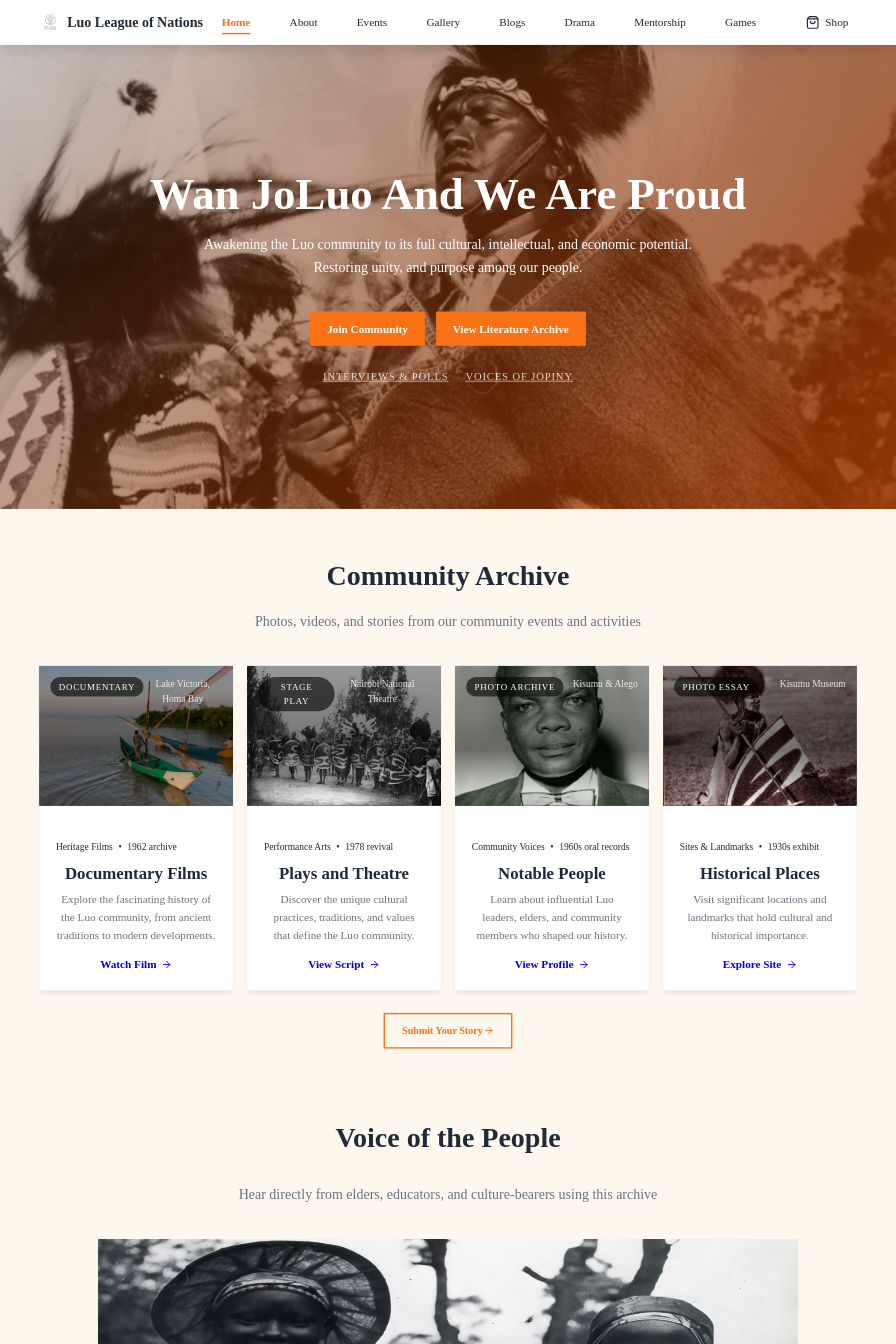
Repository: ianfranko/luo-community-history
Page: /
The author's editor kept a copy of each file at every save. The page is drawn from the files as they stood at one save, then again after the next save.
The browser window is 1280 px wide. The pictures show the part of the page from y = 0 to 1920 px (the page is 4015 px tall before and 3965 px after), at 70% of full size.
The project was rebuilt for these pictures with package versions that can differ from the ones it lists, and the page was loaded fresh each time. The framework's server and built-in components were replaced by stand-ins that run in the browser. Also part of the build but not shown: next.config.ts.

Above is the page before, as saved 2025-11-23 12:22:27.

### src/app/layout.tsx
import type { Metadata } from "next";
import { Geist, Geist_Mono } from "next/font/google";
import "./globals.css";
import Layout from "@/components/Layout";

const geistSans = Geist({
  variable: "--font-geist-sans",
  subsets: ["latin"],
});

const geistMono = Geist_Mono({
  variable: "--font-geist-mono",
  subsets: ["latin"],
});

export const metadata: Metadata = {
  title: "Luo League of Nations",
  description: "Preserving and sharing the rich cultural heritage and history of the Luo people",
  icons: {
    icon: "/LLNLOGO.svg",
    shortcut: "/LLNLOGO.svg",
    apple: "/LLNLOGO.svg",
  },
};

export default function RootLayout({
  children,
}: Readonly<{
  children: React.ReactNode;
}>) {
  return (
    <html lang="en">
      <body
        className={`${geistSans.variable} ${geistMono.variable} antialiased`}
      >
        <Layout>{children}</Layout>
      </body>
    </html>
  );
}

### src/app/page.tsx
'Use client';
import Image from 'next/image'
import Link from 'next/link'
import { ArrowRight } from 'lucide-react'

export default function Home() {
  const galleryItems = [
    {
      image: '/Fishermen-on-Lake-Victoria-in-Uganda.webp',
      title: 'Documentary Films',
      description: 'Explore the fascinating history of the Luo community, from ancient traditions to modern developments.',
      alt: 'Luo fishermen casting their nets on Lake Victoria at sunrise',
      category: 'Heritage Films',
      location: 'Lake Victoria, Homa Bay',
      year: '1962 archive',
      mediaType: 'Documentary',
      ctaLabel: 'Watch Film',
      href: '/Gallery'
    },
    {
      image: '/hero.jpeg',
      title: 'Plays and Theatre',
      description: 'Discover the unique cultural practices, traditions, and values that define the Luo community.',
      alt: 'Actors performing a traditional Luo play on stage',
      category: 'Performance Arts',
      location: 'Nairobi National Theatre',
      year: '1978 revival',
      mediaType: 'Stage Play',
      ctaLabel: 'View Script',
      href: '/culture'
    },
    {
      image: '/Kodhek Argwins.png',
      title: 'Notable People',
      description: 'Learn about influential Luo leaders, elders, and community members who shaped our history.',
      alt: 'Archival portrait of Argwings Kodhek',
      category: 'Community Voices',
      location: 'Kisumu & Alego',
      year: '1960s oral records',
      mediaType: 'Photo Archive',
      ctaLabel: 'View Profile',
      href: '/people'
    },
    {
      image: '/Guerrier_Luo.jpeg',
      title: 'Historical Places',
      description: 'Visit significant locations and landmarks that hold cultural and historical importance.',
      alt: 'Historic Luo warrior statue in Kisumu museum',
      category: 'Sites & Landmarks',
      location: 'Kisumu Museum',
      year: '1930s exhibit',
      mediaType: 'Photo Essay',
      ctaLabel: 'Explore Site',
      href: '/places'
    },

  ]

  const galleryThemes = ['All', ...new Set(galleryItems.map((item) => item.category))]

  const stats = [
    { number: '200+', label: 'Historical Articles' },
    { number: '100+', label: 'Cultural Stories' },
    { number: '20+', label: 'Documentaries' },
    { number: '25+', label: 'Historical Places' }
  ]

  const sectionLinks = [
    { href: '#gallery', label: 'Interviews & Polls' },
    { href: '#stories', label: 'Voices of Jopiny' },
  ]

  const valueProps = [
    {
      title: 'Archive Access',
      description: 'Digitised oral histories, ceremonies, and timelines ready to explore.',

    },
    {
      title: 'Community Voices',
      description: 'Stories curated with elders, scholars, and youth leaders.',

    },
    {
      title: 'Living Culture',
      description: 'Guides on language, music, crafts, and celebrations to keep traditions alive.',

    }
  ]

  const featuredStories = [
    {
      title: 'The Origins of Luo Migration',
      description: 'Explore the fascinating journey of the Luo people and their settlement patterns across East Africa.',
      href: '/culture',
      image: '/657152Ew0bLSIn.jpg',
      era: '15th Century',
      region: 'Lake Victoria Basin',
      format: 'Longform'
    },
    {
      title: 'Traditional Luo Ceremonies',
      description: 'Learn about the rich ceremonial traditions that mark important life events in Luo culture.',
      href: '/culture',
      image: '/Fishermen-on-Lake-Victoria-in-Uganda.webp',
      era: 'Generational',
      region: 'Siaya & Migori',
      format: 'Photo Essay'
    },
    {
      title: 'JoAlego',
      description: 'Discover the rich culture of the JoAlego, and their journey to their current settlement.',
      href: '/people',
      image: '/Kenia-Lake_Victoria-Fischer.webp',
      era: '20th Century',
      region: 'Alego-Kogelo',
      format: 'Audio + Transcript'
    }
  ]

  const testimonials = [
    {
      quote: 'This archive helped me trace my grandparents’ migration story and reconnect with relatives across the lake.',
      name: 'Pamela Auma',
      title: 'Community Historian, Oyugis'
    },
    {
      quote: 'Our learners finally have contemporary Luo heroes to study, not just footnotes in colonial texts.',
      name: 'Mr. Okoth',
      title: 'Teacher, Kisumu Day'
    },
    {
      quote: 'Recording my grandmother’s songs here means my children will always know their mother tongue.',
      name: 'Brian Oduor',
      title: 'Cultural Volunteer'
    }
  ]

  return (
    <>
      {/* Hero Section */}
      <section className="hero">
        <div className="container">
          <div className="hero-content text-center">
            <h1 className="text-5xl font-bold mb-6">
            Wan JoLuo And We Are Proud
            </h1>
            <p className="text-xl mb-8" style={{ maxWidth: '700px', margin: '0 auto 3rem' }}>
            Awakening the Luo community to its full cultural, intellectual, and economic potential. Restoring unity, and purpose among our people.
            </p>

            {/* CTA Buttons */}
            <div style={{ display: 'flex', gap: '1rem', justifyContent: 'center', flexWrap: 'wrap' }}>
              <Link href="/culture" className="btn btn-primary">
                Join Community
              </Link>
              <Link href="/Gallery" className="btn btn-primary">
                View Literature Archive
              </Link>
            </div>
            <nav style={{ marginTop: '2rem' }}>
              <ul style={{ display: 'flex', gap: '1.5rem', justifyContent: 'center', flexWrap: 'wrap', fontSize: '0.95rem', textTransform: 'uppercase', letterSpacing: '0.08em', listStyle: 'none', padding: 0 }}>
                {sectionLinks.map((link) => (
                  <li key={link.href}>
                    <a href={link.href} style={{ color: 'rgba(255,255,255,0.8)' }}>{link.label}</a>
                  </li>
                ))}
              </ul>
            </nav>
          </div>
        </div>
      </section>

      {/* Stats Section
      <section className="section bg-white" style={{ padding: '1rem 0' }}>
        <div className="container">
          <div className="stats-grid">
            {stats.map((stat, index) => (
              <div key={index} className="stat-item">
                <span className="stat-number">{stat.number}</span>
                <span className="stat-label">{stat.label}</span>
              </div>
            ))}
          </div>
        </div>
      </section>*/}



      {/* Gallery Section */}
      <section className="section" id="gallery">
        <div className="container">
          <h2 className="section-title">Community Archive</h2>
          <p className="section-subtitle">
            Photos, videos, and stories from our community events and activities
          </p>
          <div
            className="feature-grid"
            style={{
              gap: '1.25rem',
              gridTemplateColumns: 'repeat(auto-fit, minmax(220px, 1fr))'
            }}
          >
            {galleryItems.map((item, index) => (
              <article
                key={index}
                className="feature-card"
                style={{ padding: 0, overflow: 'hidden', maxWidth: '360px', margin: '0 auto' }}
              >
                <div
                  className="gallery-card-image"
                  style={{ position: 'relative', height: '200px', width: '100%' }}
                >
                  <Image
                    src={item.image}
                    alt={item.alt}
                    fill
                    sizes="(max-width: 768px) 100vw, (max-width: 1200px) 50vw, 33vw"
                    priority={index === 0}
                    style={{ objectFit: 'cover' }}
                  />
                  <div
                    style={{
                      position: 'absolute',
                      inset: 0,
                      display: 'flex',
                      justifyContent: 'space-between',
                      alignItems: 'flex-start',
                      padding: '1rem',
                      background:
                        'linear-gradient(180deg, rgba(0,0,0,0.4) 0%, rgba(0,0,0,0.55) 60%, rgba(0,0,0,0) 100%)'
                    }}
                  >
                    <span
                      style={{
                        padding: '0.25rem 0.75rem',
                        borderRadius: '999px',
                        backgroundColor: 'rgba(0,0,0,0.6)',
                        color: 'white',
                        fontSize: '0.8rem',
                        textTransform: 'uppercase',
                        letterSpacing: '0.08em'
                      }}
                    >
                      {item.mediaType}
                    </span>
                    <span style={{ color: 'rgba(255,255,255,0.85)', fontSize: '0.85rem' }}>
                      {item.location}
                    </span>
                  </div>
                </div>
                <div style={{ padding: '1.5rem' }}>
                  <div
                    style={{
                      display: 'flex',
                      flexWrap: 'wrap',
                      gap: '0.5rem',
                      fontSize: '0.85rem',
                      color: 'var(--muted)',
                      marginBottom: '0.5rem'
                    }}
                  >
                    <span>{item.category}</span>
                    <span>•</span>
                    <span>{item.year}</span>
                  </div>
                  <h3 className="feature-title" style={{ marginBottom: '0.35rem' }}>
                    {item.title}
                  </h3>
                  <p className="feature-description" style={{ marginBottom: '1rem' }}>
                    {item.description}
                  </p>
                  <Link
                    href={item.href}
                    className="btn btn-link"
                    style={{
                      display: 'inline-flex',
                      alignItems: 'center',
                      gap: '0.4rem',
                      padding: 0,
                      fontWeight: 600
                    }}
                    aria-label={`${item.ctaLabel} for ${item.title}`}
                  >
                    {item.ctaLabel}
                    <ArrowRight size={16} />
                  </Link>
                </div>
              </article>
            ))}
          </div>
          <div
            style={{
              marginTop: '2rem',
              display: 'flex',
              justifyContent: 'center',
              width: '100%'
            }}
          >
            <Link href="/Gallery" className="btn btn-outline" style={{ fontSize: '0.9rem' }}>
              Submit Your Story
              <ArrowRight size={16} />
            </Link>
          </div>
        </div>
      </section>

      <section id="voices"
  className="h-[80vh] flex flex-col items-center justify-start overflow-hidden pt-6"
>
  <div className="container py-4 max-w-6xl mx-auto flex flex-col h-full">

    {/* Title */}
    <h2 className="section-title py-4 text-center mb-1">Voice of the People</h2>

    {/* Subtitle */}
    <p className="section-subtitle text-center mb-4">
      Hear directly from elders, educators, and culture-bearers using this archive
    </p>

    {/* IMAGE (fixed height, always fits) */}
    <div className="flex justify-center max-h-[2vh] mb-4">
  <Image
    src="/luo_03.jpg"
    alt="Community Archive"
    width={1000}
    height={500}
    className="object-cover w-full max-w-2xl h-[80px] shadow"/>
</div>

    {/* TESTIMONIALS — auto-fill remaining space */}
    <div className="grid grid-cols-1 md:grid-cols-3 gap-4 flex-grow overflow-hidden">
      {testimonials.map((voice) => (
        <blockquote key={voice.name} className="testimonial-card overflow-hidden p-4">
          <p className="testimonial-quote text-sm">
            “{voice.quote}”
          </p>
          <div className="testimonial-author mt-2">
            <span className="author-name font-semibold">{voice.name}</span>
            <br />
            <span className="author-title text-xs">{voice.title}</span>
          </div>
        </blockquote>
      ))}
    </div>
  </div>
</section>
      {/* Featured Content Section */}
      <section className="section bg-white" id="stories">
        <div className="container">
          <h2 className="section-title">Featured Stories</h2>
          <p className="section-subtitle">
            Discover the most popular and recent additions to our community archive
          </p>

          <div className="grid grid-cols-1 md:grid-cols-3 gap-6">
            {featuredStories.map((story) => (
              <div className="card" key={story.title}>
                <div
                  style={{
                    position: 'relative',
                    height: '200px',
                    width: '100%',
                    borderRadius: '12px 12px 0 0',
                    overflow: 'hidden'
                  }}
                >
                  <Image
                    src={story.image}
                    alt={story.title}
                    fill
                    sizes="(max-width: 768px) 100vw, (max-width: 1200px) 50vw, 33vw"
                    style={{ objectFit: 'cover' }}
                  />
                  <div
                    style={{
                      position: 'absolute',
                      inset: 0,
                      background:
                        'linear-gradient(180deg, rgba(0,0,0,0.35) 0%, rgba(0,0,0,0.6) 100%)',
                      display: 'flex',
                      alignItems: 'flex-end',
                      justifyContent: 'flex-start',
                      padding: '1rem'
                    }}
                  >
                    <span style={{ color: 'white', fontSize: '0.85rem', letterSpacing: '0.08em' }}>{story.format}</span>
                  </div>
                </div>
                <div className="card-body">
                  <div style={{ display: 'flex', gap: '0.5rem', flexWrap: 'wrap', fontSize: '0.85rem', color: 'var(--muted)' }}>
                    <span>{story.era}</span>
                    <span>•</span>
                    <span>{story.region}</span>
                  </div>
                  <h3 className="card-title" style={{ marginTop: '0.5rem' }}>{story.title}</h3>
                  <p className="card-text">{story.description}</p>
                  <Link href={story.href} className="btn btn-primary" style={{ marginTop: '1rem' }}>
                    Read More
                    <ArrowRight size={16} />
                  </Link>
                </div>
              </div>
            ))}
          </div>
        </div>
      </section>

      {/* Call to Action Section */}
      <section className="section bg-gradient" style={{ color: 'white' }}>
        <div
          className="container"
          style={{
            display: 'grid',
            gap: '2rem',
            gridTemplateColumns: 'repeat(auto-fit, minmax(280px, 1fr))',
            alignItems: 'center'
          }}
        >
          <div>
            <p
              className="eyebrow"
              style={{
                color: 'rgba(255,255,255,0.85)',
                letterSpacing: '0.12em',
                textAlign: 'left'
              }}
            >
              Community Call
            </p>
            <h2 className="section-title" style={{ color: 'white', textAlign: 'left' }}>
              Be Part of Our Story
            </h2>
            <p
              className="section-subtitle"
              style={{
                color: 'rgba(255, 255, 255, 0.9)',
                textAlign: 'left',
                marginLeft: 0,
                marginRight: 0
              }}
            >
              Your support powers oral-history digitization, artifact curation, and hands-on workshops that keep Luo heritage accessible.
            </p>
            <div
              style={{
                display: 'flex',
                gap: '1rem',
                flexWrap: 'wrap',
                marginTop: '1.5rem'
              }}
            >
              <Link
                href="/culture"
                className="btn btn-primary"
                aria-label="Support Luo culture digitization"
                style={{ backgroundColor: 'white', color: '#111', borderColor: 'white' }}
              >
                Support Digitization
                <ArrowRight size={18} />
              </Link>
              <Link
                href="/about"
                className="btn btn-outline"
                aria-label="Learn more about our mission"
                style={{
                  borderColor: 'rgba(255,255,255,0.6)',
                  color: 'white',
                  backgroundColor: 'transparent'
                }}
              >
                Learn More
                <ArrowRight size={18} />
              </Link>
            </div>
            <span style={{ marginTop: '0.75rem', display: 'inline-block', color: 'rgba(255,255,255,0.85)' }}>
              Every contribution equips field teams with scanners, storage, and volunteer training.
            </span>
          </div>

          <div className="cta-card cta-card-gradient">
            <div className="cta-stat">4,200+</div>
            <p className="cta-label">Artifacts digitized with village archives</p>
            <p className="cta-body">Join 120+ volunteers safeguarding oral histories across Nyanza and beyond.</p>
          </div>
        </div>
      </section>
    </>
  )
}

Loaded but not shown: src/app/globals.css (928 lines, source omitted); src/components/Layout.tsx (231 lines, source omitted)

After the next save:
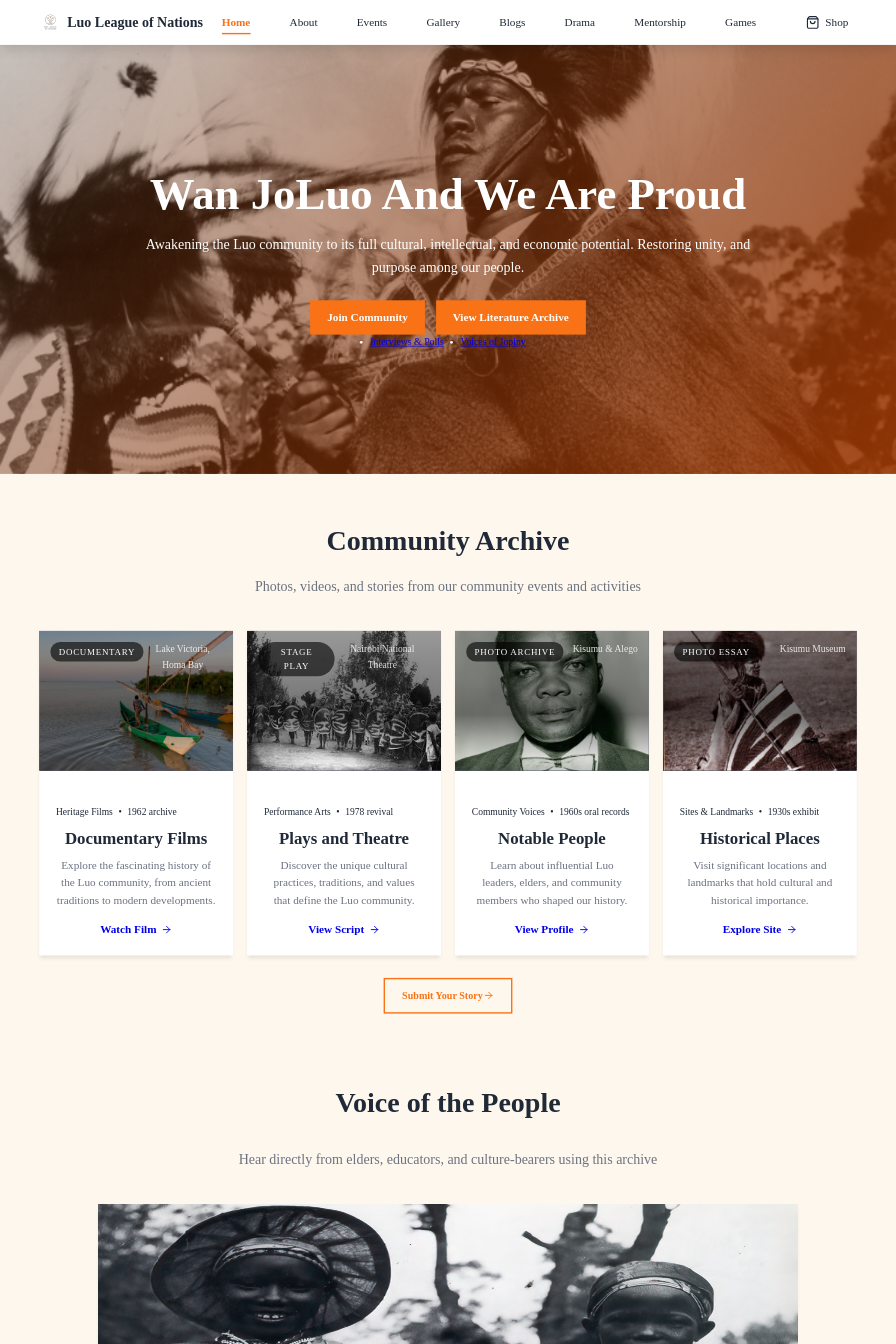
Saved 101 s later.
--- a/src/app/page.tsx
+++ b/src/app/page.tsx
@@ -139,37 +139,50 @@ export default function Home() {
   return (
     <>
       {/* Hero Section */}
-      <section className="hero">
-        <div className="container">
-          <div className="hero-content text-center">
-            <h1 className="text-5xl font-bold mb-6">
-            Wan JoLuo And We Are Proud
-            </h1>
-            <p className="text-xl mb-8" style={{ maxWidth: '700px', margin: '0 auto 3rem' }}>
-            Awakening the Luo community to its full cultural, intellectual, and economic potential. Restoring unity, and purpose among our people.
-            </p>
-
-            {/* CTA Buttons */}
-            <div style={{ display: 'flex', gap: '1rem', justifyContent: 'center', flexWrap: 'wrap' }}>
-              <Link href="/culture" className="btn btn-primary">
-                Join Community
-              </Link>
-              <Link href="/Gallery" className="btn btn-primary">
-                View Literature Archive
-              </Link>
-            </div>
-            <nav style={{ marginTop: '2rem' }}>
-              <ul style={{ display: 'flex', gap: '1.5rem', justifyContent: 'center', flexWrap: 'wrap', fontSize: '0.95rem', textTransform: 'uppercase', letterSpacing: '0.08em', listStyle: 'none', padding: 0 }}>
-                {sectionLinks.map((link) => (
-                  <li key={link.href}>
-                    <a href={link.href} style={{ color: 'rgba(255,255,255,0.8)' }}>{link.label}</a>
-                  </li>
-                ))}
-              </ul>
-            </nav>
-          </div>
-        </div>
-      </section>
+     {/* Hero Section */}
+<section className="hero py-24 text-white bg-cover bg-center">
+  <div className="container mx-auto px-6">
+    <div className="hero-content text-center max-w-3xl mx-auto">
+
+      <h1 className="text-5xl font-bold mb-6 leading-tight">
+        Wan JoLuo And We Are Proud
+      </h1>
+
+      <p className="text-xl mb-12 opacity-90">
+        Awakening the Luo community to its full cultural, intellectual, and economic potential. Restoring unity, and purpose among our people.
+      </p>
+
+      {/* CTA Buttons */}
+      <div className="flex flex-wrap justify-center gap-4">
+        <Link href="/culture" className="btn btn-primary">
+          Join Community
+        </Link>
+
+        <Link href="/Gallery" className="btn btn-primary">
+          View Literature Archive
+        </Link>
+      </div>
+
+      {/* Quick Section Navigation */}
+      <nav className="mt-10">
+        <ul className="flex flex-wrap justify-center gap-6 text-sm uppercase tracking-wider">
+          {sectionLinks.map((link) => (
+            <li key={link.href}>
+              <a
+                href={link.href}
+                className="text-white/80 hover:text-white transition"
+              >
+                {link.label}
+              </a>
+            </li>
+          ))}
+        </ul>
+      </nav>
+
+    </div>
+  </div>
+</section>
+
 
       {/* Stats Section
       <section className="section bg-white" style={{ padding: '1rem 0' }}>
